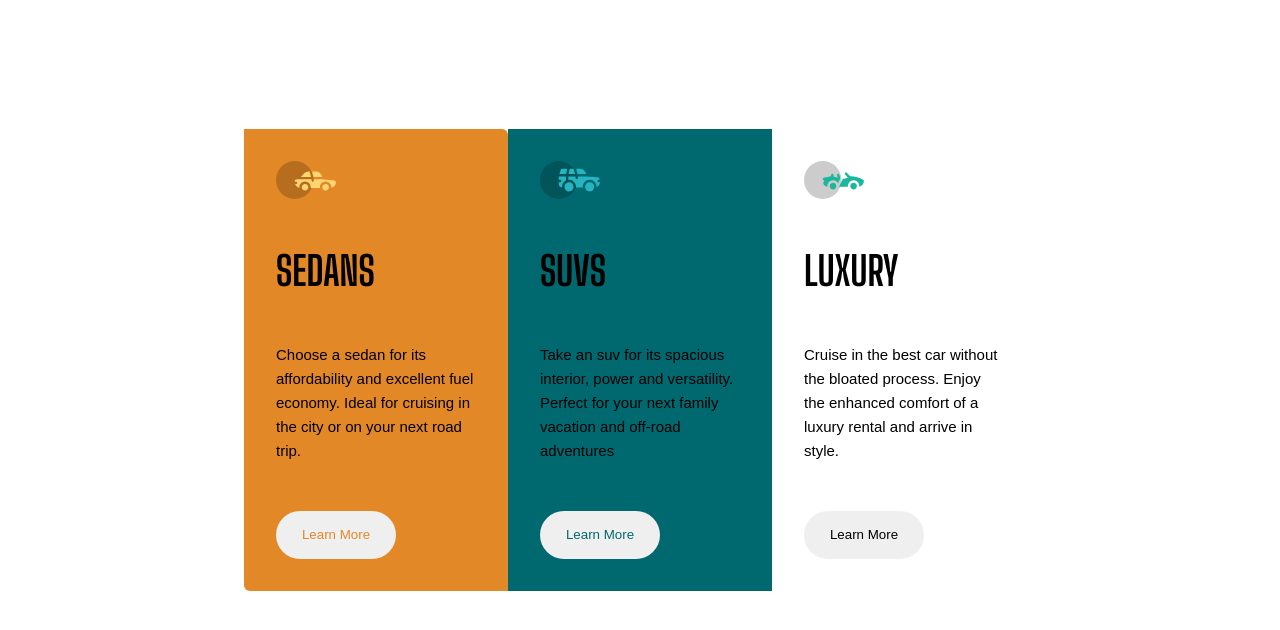
Repository: UnegbuAbigail/3-columns-cards
Page: index.html
An editor plug-in stored every save of this project. The page is shown before and after the next save, followed by the edit.
The browser window is 1280 px wide. The pictures show the whole page.

Above is the page before, as saved 2024-08-03 14:46:25.

### index.html
<!DOCTYPE html>
<html lang="en">
<head>
    <meta charset="UTF-8">
    <meta name="viewport" content="width=device-width, initial-scale=1.0">
    <title>Document</title>
    <link rel="stylesheet" href="style.css">
</head>
<body>
    <main>
        <section>
            <!-- card-1 -->
             <div class="cards" id="card-1">
                <img src="assets/icon-sedans.svg" alt="sedan-car-image">
                <h2>SEDANS</h2>
                <p>Choose a sedan for its affordability and excellent fuel economy. Ideal for cruising in the city or on your next road trip.</p>
                <button>Learn More</button>
             </div>

             <!-- card-2 -->

             <div class="cards" id="cards-2">
                <img src="assets/icon-suvs.svg" alt="">
                <h2>SUVS</h2>
          <p>
            Take an suv for its spacious interior, power and versatility.
            Perfect for your next family vacation and off-road adventures
          </p>
          <button>Learn More</button>
             </div>

             <!-- card-3 -->
             <div class="cards" id="cards-3">
                <img src="assets/icon-luxury.svg" alt="luxury-car-image">
                <h2>LUXURY</h2>
                <p>
                    Cruise in the best car without the bloated process. Enjoy the enhanced comfort of a luxury rental and arrive in style.
                </p>
                <button>Learn More</button>
               </div>
        </section>
    </main>
</body>
</html>

### style.css
@import url('https://fonts.googleapis.com/css2?family=Lexend+Deca:wght@100..900&family=Montserrat:ital,wght@0,100..900;1,100..900&display=swap');
@import url('https://fonts.googleapis.com/css2?family=Big+Shoulders+Display:wght@100..900&family=Lexend+Deca:wght@100..900&family=Montserrat:ital,wght@0,100..900;1,100..900&display=swap');

* {
    padding: 0;
    margin: 0;
    box-sizing: border-box;
}

:root{
    --bright-orange: hsl(31, 77%, 52%);
    --dark-cyan: hsl(184, 100%, 22%);
    --very-dark-cyan: hsl(179, 100%, 13%);
    --transparent-white: hsla(0, 0%, 100%, 0.75);
    --very-light-gray: hsl(0, 0%, 95%);
    --ff-big-shoulders-display: "Big Shoulders Display", sans-serif;
    --ff-lexand-deca: "Lexand Deca", sans-serif;
}

html,body {
    display: flex;
    justify-content: center;
    align-items: center;
    /* border: 2px, solid red; */
    min-height: 100%;
}

body {
    font-size: 15px;
}

main {
    display: flex;
    justify-content: center;
    align-items: center;
    min-height: 100%;
}

section {
    /* border: 2px solid blue; */
    display: flex;
    justify-content: center;
    align-items: center;
    width: 70%;
    height: 100%;

}

/* cards */
.cards {
    display: flex;
    flex-direction: column;
    gap: 3rem;
    padding: 2rem;
}

img {
    width: 30%;
}

h2 {
    font-family: var(--ff-big-shoulders-display);
    font-weight: 700;
    font-size: 2.5rem;
}

p{
    /* color: var(--transparent-white); */
    font-family: var(--ff-lexand-deca);
    font-weight: 400;
    /* width: 186px; */
    line-height: 1.5rem;
    width: 200px;

}

button{
    width: 60%;
    height: 3rem;
    border: none;
    border-radius: 5rem;
    font-family: var(--ff-lexand-deca);
}

#card-1{
    background-color: var(--bright-orange);
    border-top-right-radius: 6px;
    border-bottom-left-radius: 6px;
}
#card-1 button{
    color: var(--bright-orange);
}

#cards-2{
    background-color: var(--dark-cyan);
}

#cards-2 button{
    color: var(--dark-cyan);
}

#card-3{
    background-color: var(--very-dark-cyan);
    border-top-right-radius: 6px;
    border-bottom-left-radius: 6px;
}

#card-3 button{
    color: var(--very-dark-cyan);
}

After the next save:
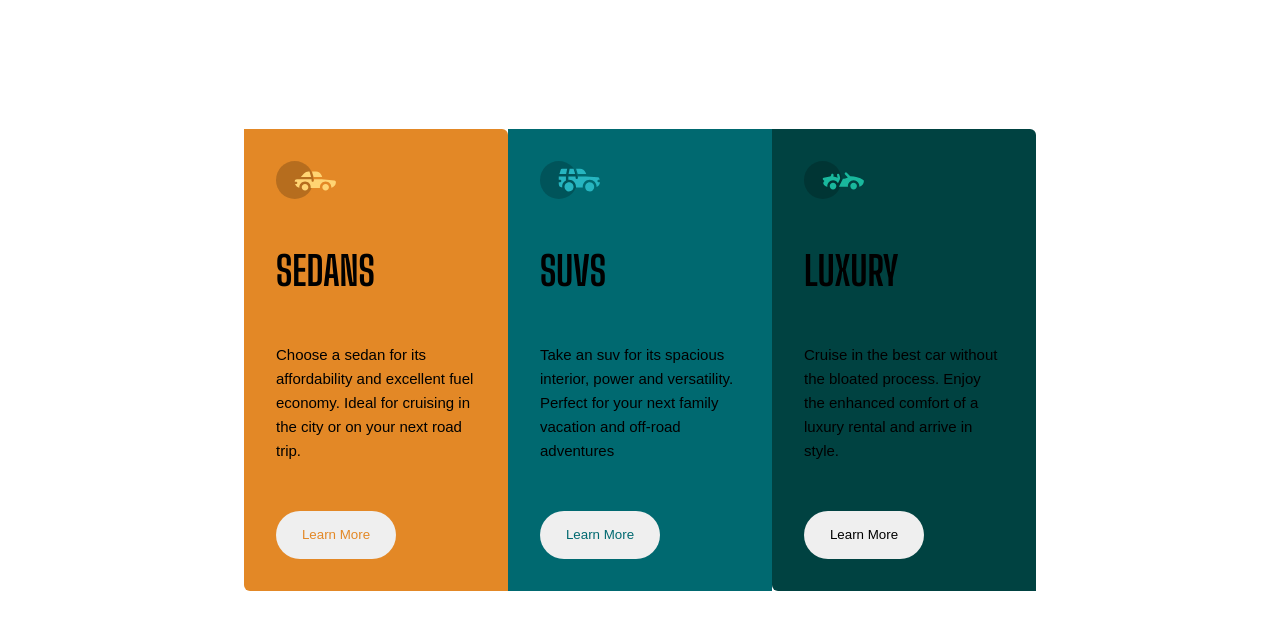
Saved 4 s later.
--- a/style.css
+++ b/style.css
@@ -99,7 +99,7 @@ button{
     color: var(--dark-cyan);
 }
 
-#card-3{
+#cards-3{
     background-color: var(--very-dark-cyan);
     border-top-right-radius: 6px;
     border-bottom-left-radius: 6px;
